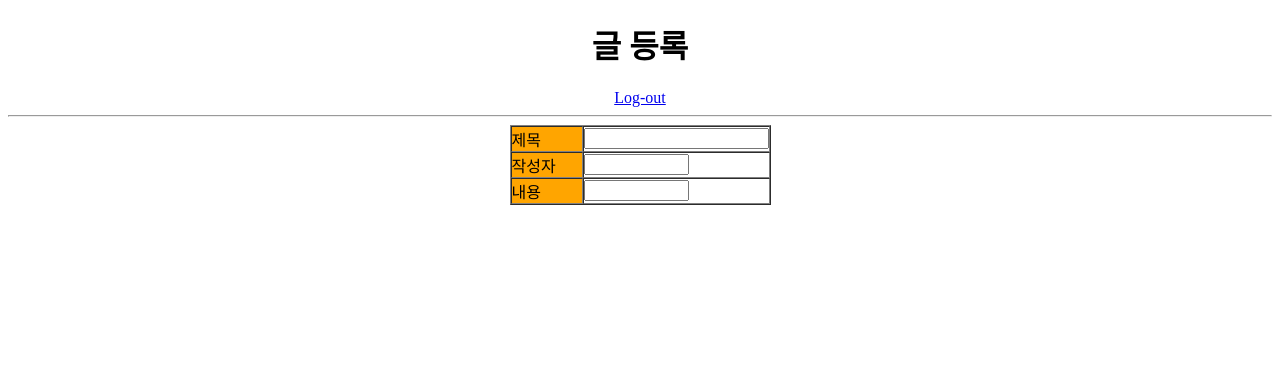
Repository: noopzzya/study_spring_globalin
Page: http://localhost/BoardWeb/insertBoard.jsp
An editor plug-in stored every save of this project. The page is shown before and after the next save, followed by the edit.
The browser window is 1280 px wide. The pictures show the whole page.
The page is served by Tomcat 9. Other server files are loaded and not shown.

Above is the page before, as saved 2023-03-09 02:58:57.

### BoardWeb/src/main/webapp/insertBoard.jsp
<%@ page language="java" contentType="text/html; charset=UTF-8"
    pageEncoding="UTF-8"%>
<!DOCTYPE html>
<html>
<head>
<meta charset="UTF-8">
<title>Insert title here</title>
</head>
<body>

<div align="center">
<h1>글 등록</h1>
<a href="logout_proc.jsp">Log-out</a>
<hr>

<form action="insertBoard_proc.jsp" method="post">

<table border="1" cellpadding="0" cellspacing="0">
	<tr>
		<td bgcolor="orange" width="70">제목</td>
		<td align="left"><input type="text" name="title"></td>
	</tr>

	<tr>
		<td bgcolor="orange" width="70">작성자</td>
		<td align="left"><input type="text" name="writer" size="10"></td>
	</tr>

	<tr>
		<td bgcolor="orange">내용</td>
		<td align="left"><input type="text" name="writer" size="10"></td>
	</tr>
</table>

</form>

</div>


</body>
</html>

After the next save:
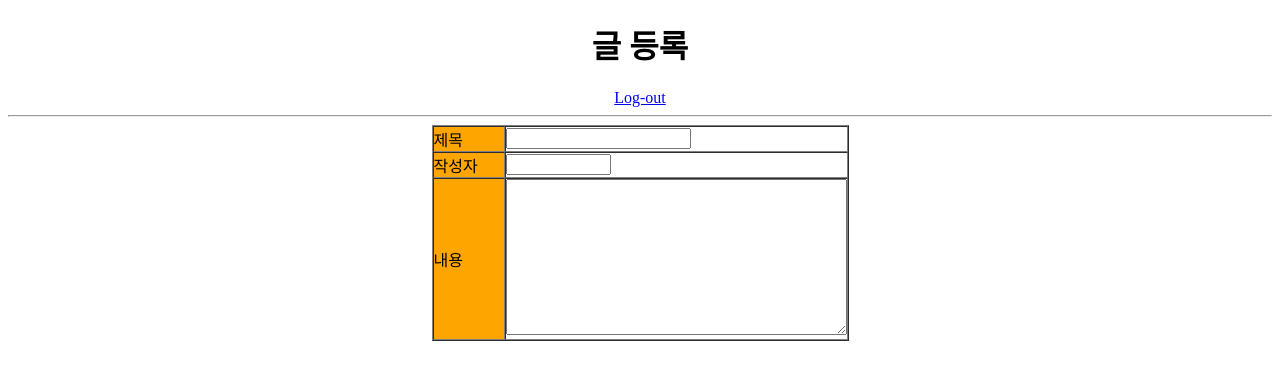
Saved 53 s later.
--- a/BoardWeb/src/main/webapp/insertBoard.jsp
+++ b/BoardWeb/src/main/webapp/insertBoard.jsp
@@ -28,7 +28,9 @@
 
 	<tr>
 		<td bgcolor="orange">내용</td>
-		<td align="left"><input type="text" name="writer" size="10"></td>
+		<td align="left">
+			<textarea rows="10" cols="40" name="content"></textarea>
+		</td>
 	</tr>
 </table>
 
